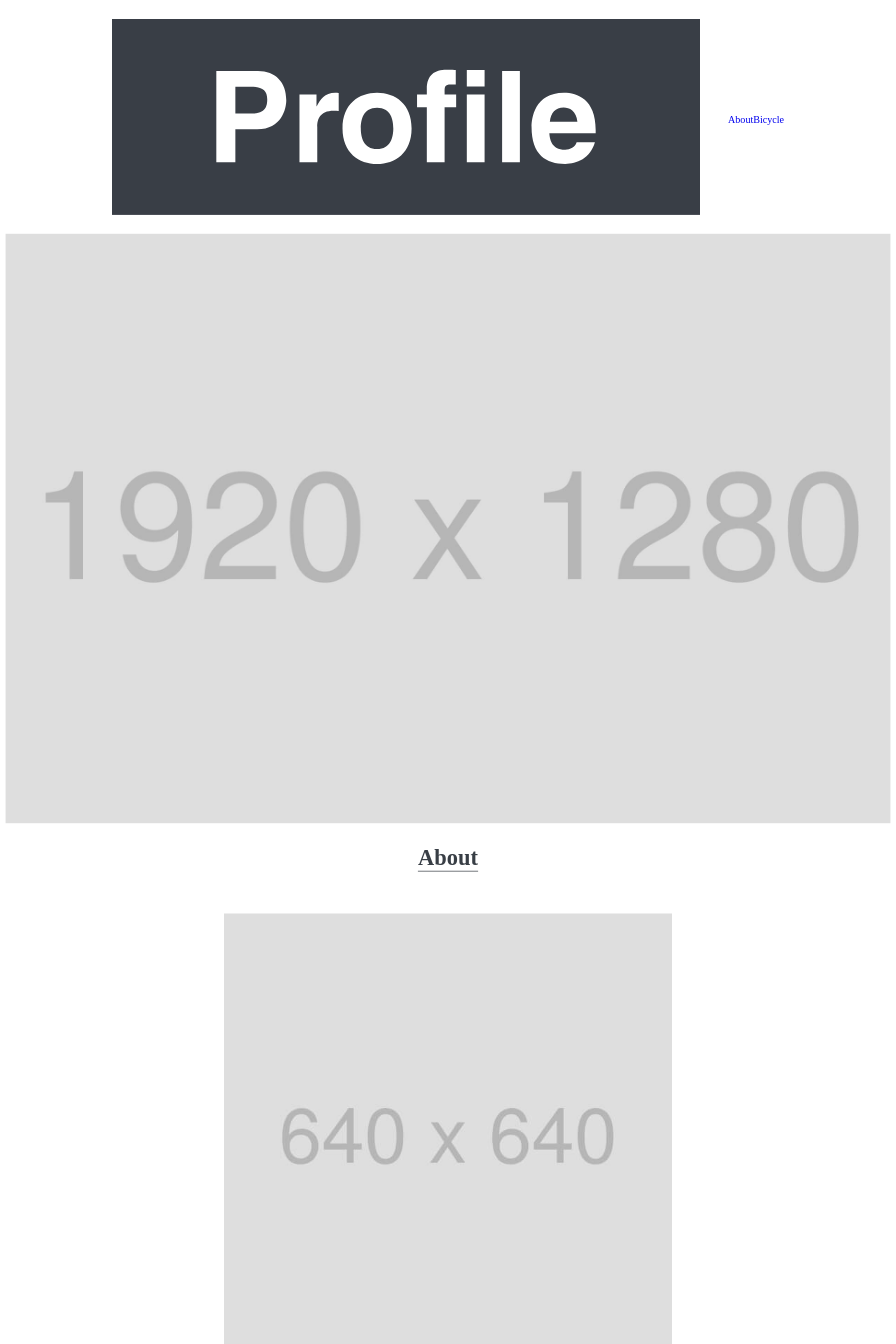
Repository: Fuki-san/bicycle
Page: http://localhost/profile
An editor plug-in stored every save of this project. The page is shown before and after the next save, followed by the edit.
The browser window is 1280 px wide. The pictures show the part of the page from y = 0 to 1920 px (the page is 4195 px tall before and 4208 px after), at 70% of full size.
The page is served by the project's Laravel application, run on PHP 8.4 with Laravel 10. Other server files are loaded and not shown.

Above is the page before, as saved 2023-11-18 11:48:49.

### routes/web.php
<?php

use Illuminate\Support\Facades\Route;

/*
|--------------------------------------------------------------------------
| Web Routes
|--------------------------------------------------------------------------
|
| Here is where you can register web routes for your application. These
| routes are loaded by the RouteServiceProvider and all of them will
| be assigned to the "web" middleware group. Make something great!
|
*/

Route::get('profile', function() {
    return view('bicycle');
})->name('profile');

### resources/views/bicycle.blade.php
@extends('layouts.main')

@section('title', 'Bicycle')

### resources/views/layouts/main.blade.php
<!DOCTYPE html>
<html lang="ja">

<head>
    <meta charset="UTF-8">
    <meta name="viewport" content="width=device-width, initial-scale=1.0">
    <meta http-equiv="X-UA-Compatible" content="ie=edge">
    <link rel="stylesheet" href="{{ asset('css/reset.css') }}">
    <link rel="stylesheet" href="{{ asset('css/style.css') }}">
    <link rel="icon" href="images/img/favicon.ico">
    <title>@yield('title')</title>
</head>

<body>
    <header class="wrapper" id="header">
        <h1 class="site-title"><a href="{{ route('profile') }}"><img src="images/img/logo.svg"></a></h1>
        <nav>
            <ul>
                <li><a href="#about">About</a></li>
                <li><a href="#bicycle">Bicycle</a></li>
            </ul>
        </nav>
    </header>

    <main>
        <div id="mainvisual"><img src="images/img/mainvisual.jpg"></div>

        <section id="about" class="wrapper">
            <h2 class="section-title">About</h2>
            <div class="content">
                <img src="images/img/about.jpg">
                <div class="text">
                    <h3 class="content-title">KAKERU MIYAICH</h3>
                    <p>ƒeƒLƒXƒgƒeƒLƒXƒg</p>
                </div>
            </div>
        </section>

        <section id="bicycle" class="wrapper">
            <h2 class="section-title">Bicycle</h2>
                <ul>
                    <li><img src="images/img/bicycle1.jpg">
                        <h3 class="content-title">ƒ^ƒCƒgƒ‹ƒ^ƒCƒgƒ‹</h3>
                        <p>ƒeƒLƒXƒgƒeƒLƒXƒg</p>
                    </li>
                    <li><img src="images/img/bicycle2.jpg">
                        <h3 class="content-title">ƒ^ƒCƒgƒ‹ƒ^ƒCƒgƒ‹</h3>
                        <p>ƒeƒLƒXƒgƒeƒLƒXƒg</p>
                    </li>
                    <li><img src="images/img/bicycle3.jpg">
                        <h3 class="content-title">ƒ^ƒCƒgƒ‹ƒ^ƒCƒgƒ‹</h3>
                        <p>ƒeƒLƒXƒgƒeƒLƒXƒg</p>
                    </li>
                </ul>
        </section>
    </main>

    <footer id="footer">
        <p>&copy; 2023 Profile</p>
    </footer>
</body>

</html>

### public/css/style.css
@charset "UTF-8";

html{
    font-size: 100%;
}

body{
    font-size: 0.9rem;
    color: #383e45;
}

img{
    max-width: 100%;
}

li{
    list-style: none;
}

a{
    text-decoration: none;
}

.site-title a{
    display: block;
}

.section-title{
    display: inline-block;
    font-size: 2rem;
    border-bottom: solid 1px #383e45;
    margin-bottom: 60px;
    text-align: center;
}

.content-title{
    font-size: 1rem;
    margin: 10px 0;
}

.wrapper{
    margin: 0 auto 100px auto;
    padding: 0 4%;
    text-align: center;
    max-width: 960px;
}

/* header */

#header{
    margin: 0 auto;
    display: flex;
    align-items: center;
    justify-content: space-between;
}

#header ul{
    display: flex;
    padding: ;
}

### public/img/logo.svg
<?xml version="1.0" encoding="utf-8"?>
<!-- Generator: Adobe Illustrator 15.1.0, SVG Export Plug-In . SVG Version: 6.00 Build 0)  -->
<!DOCTYPE svg PUBLIC "-//W3C//DTD SVG 1.1//EN" "http://www.w3.org/Graphics/SVG/1.1/DTD/svg11.dtd">
<svg version="1.1" id="レイヤー_1" xmlns="http://www.w3.org/2000/svg" xmlns:xlink="http://www.w3.org/1999/xlink" x="0px"
	 y="0px" width="1500px" height="500px" viewBox="0 0 1500 500" enable-background="new 0 0 1500 500" xml:space="preserve">
<g>
	<rect x="0" fill="#393E46" width="1500" height="500"/>
</g>
<g>
	<path fill="#FFFFFF" d="M314.698,365.466h-48.583v-232.55h106.235c45.02,0,72.227,28.825,72.227,74.493
		c0,21.052-11.66,74.169-74.171,74.169h-55.708V365.466z M359.719,241.417c36.275,0,36.275-25.911,36.275-36.275
		c0-22.672-12.632-32.064-42.754-32.064h-38.542v68.34H359.719z"/>
	<path fill="#FFFFFF" d="M478.26,193.158h43.4v29.799h0.646c9.395-17.49,19.758-34.333,47.288-34.333
		c2.915,0,5.83,0.323,8.745,0.647v45.992c-3.887-0.648-8.745-0.648-12.956-0.648c-35.303,0-41.78,22.024-41.78,41.133v89.718H478.26
		V193.158z"/>
	<path fill="#FFFFFF" d="M676.155,370c-46.315,0-88.097-28.501-88.097-90.688c0-62.186,41.781-90.688,88.097-90.688
		c46.316,0,88.097,28.503,88.097,90.688C764.252,341.499,722.472,370,676.155,370z M676.155,226.843
		c-34.979,0-41.457,30.445-41.457,52.47c0,22.023,6.478,52.469,41.457,52.469s41.458-30.445,41.458-52.469
		C717.613,257.288,711.135,226.843,676.155,226.843z"/>
	<path fill="#FFFFFF" d="M848.461,365.466h-45.344V225.547h-24.939v-32.389h24.939v-13.927c0-35.628,19.434-49.231,50.527-49.231
		c13.278,0,19.432,0.323,23.318,0.648v36.599h-12.631c-15.547,0-15.871,4.858-15.871,19.109v6.802h29.474v32.389h-29.474V365.466z"
		/>
	<path fill="#FFFFFF" d="M950.484,172.754H905.14v-42.105h45.345V172.754z M950.484,193.158v172.308H905.14V193.158H950.484z"/>
	<path fill="#FFFFFF" d="M1040.524,365.466h-45.344v-232.55h45.344V365.466z"/>
	<path fill="#FFFFFF" d="M1231.94,314.939c-11.982,41.457-46.314,55.061-75.788,55.061c-48.584,0-85.83-23.319-85.83-94.252
		c0-20.728,7.125-87.124,82.592-87.124c34.008,0,80.971,16.194,80.971,94.898v8.097h-118.219
		c1.296,12.956,3.887,42.105,40.486,42.105c12.631,0,25.586-6.479,29.148-18.785H1231.94z M1187.245,262.146
		c-2.591-27.855-20.404-36.275-34.979-36.275c-21.377,0-32.713,13.604-35.304,36.275H1187.245z"/>
</g>
</svg>

After the next save:
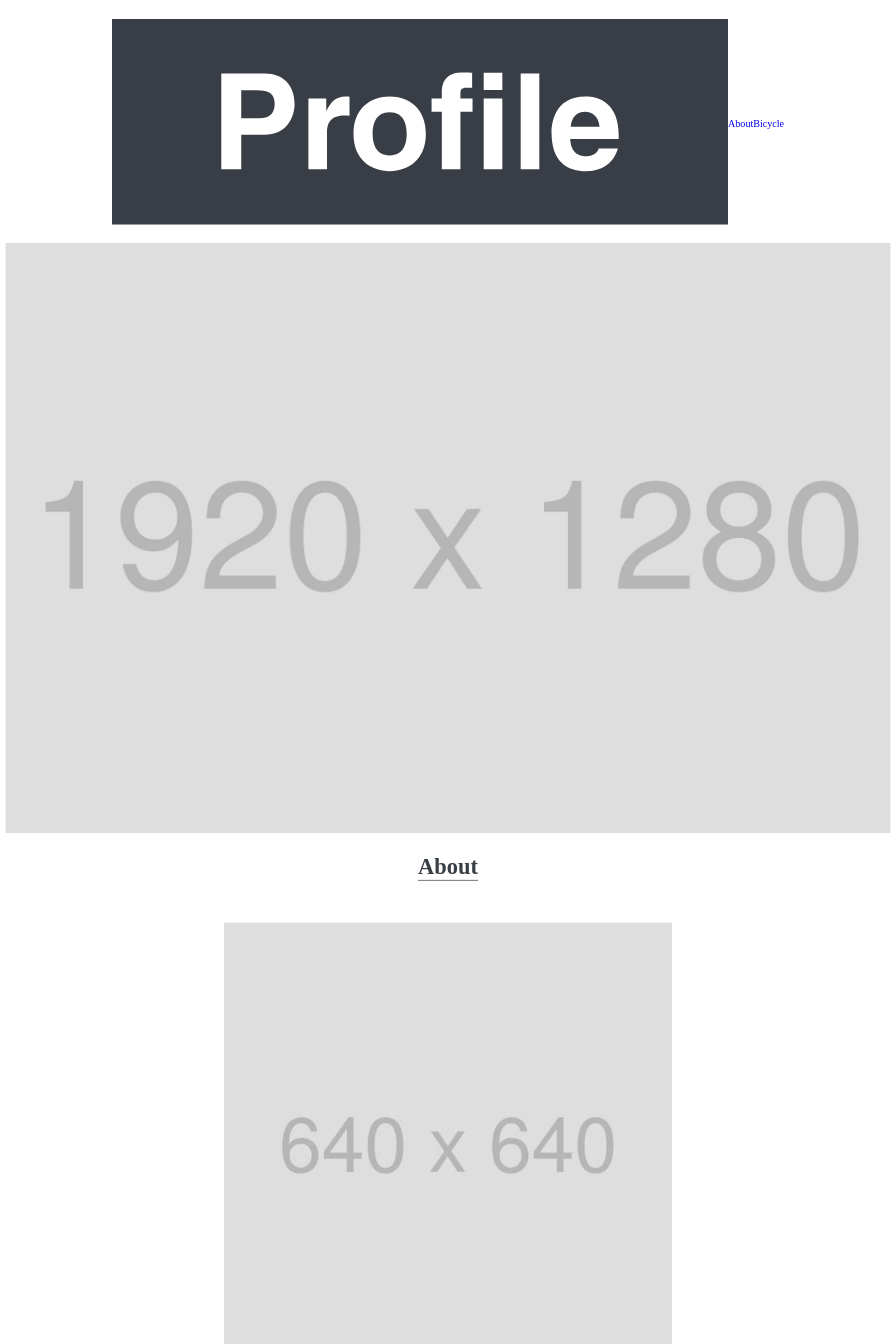
Saved 4 s later.
--- a/public/css/style.css
+++ b/public/css/style.css
@@ -56,5 +56,5 @@ a{
 
 #header ul{
     display: flex;
-    padding: ;
+    padding: 10px 0;
 }
